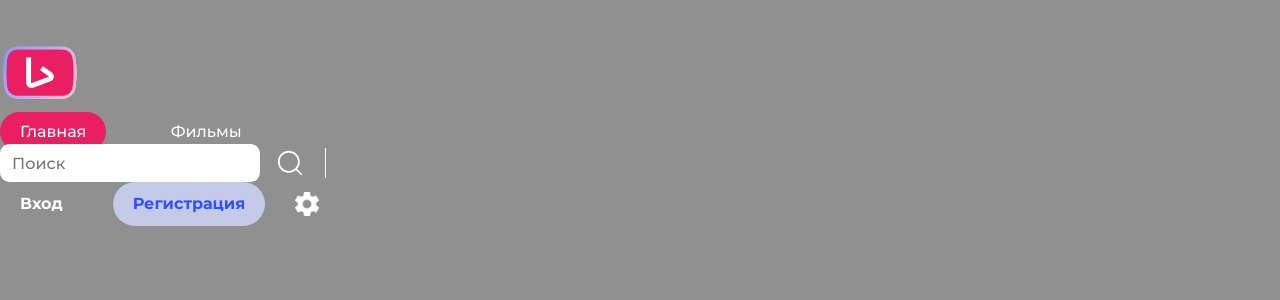
Repository: shilovnikita777/Web1Lab
Page: index.html
An editor plug-in stored every save of this project. The page is shown before and after the next save, followed by the edit.
The browser window is 1280 px wide. The pictures show the whole page.

Above is the page before, as saved 2022-10-08 11:34:57.

After the next save:
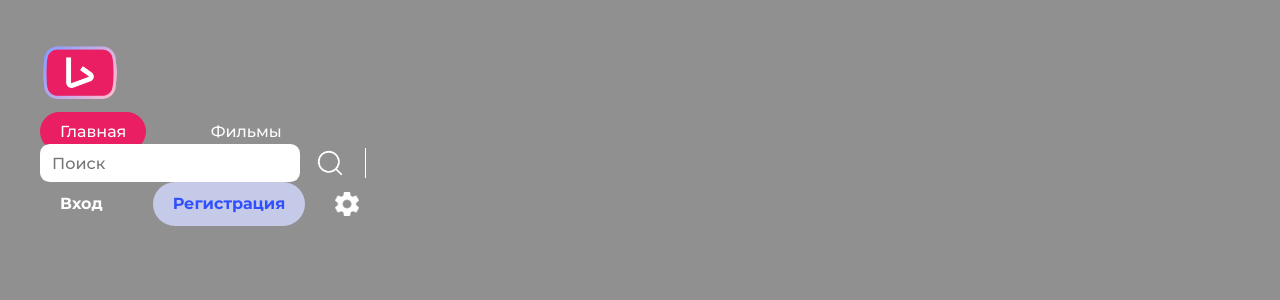
Saved 4 s later.
--- a/css/header.css
+++ b/css/header.css
@@ -10,6 +10,11 @@ body {
 
 header {
     padding-top:35px;
+    display: flex;
+    justify-content: space-between;
+    width: 1200px;
+    margin: 0 auto;
+    align-items: center;
 }
 
 header img {
